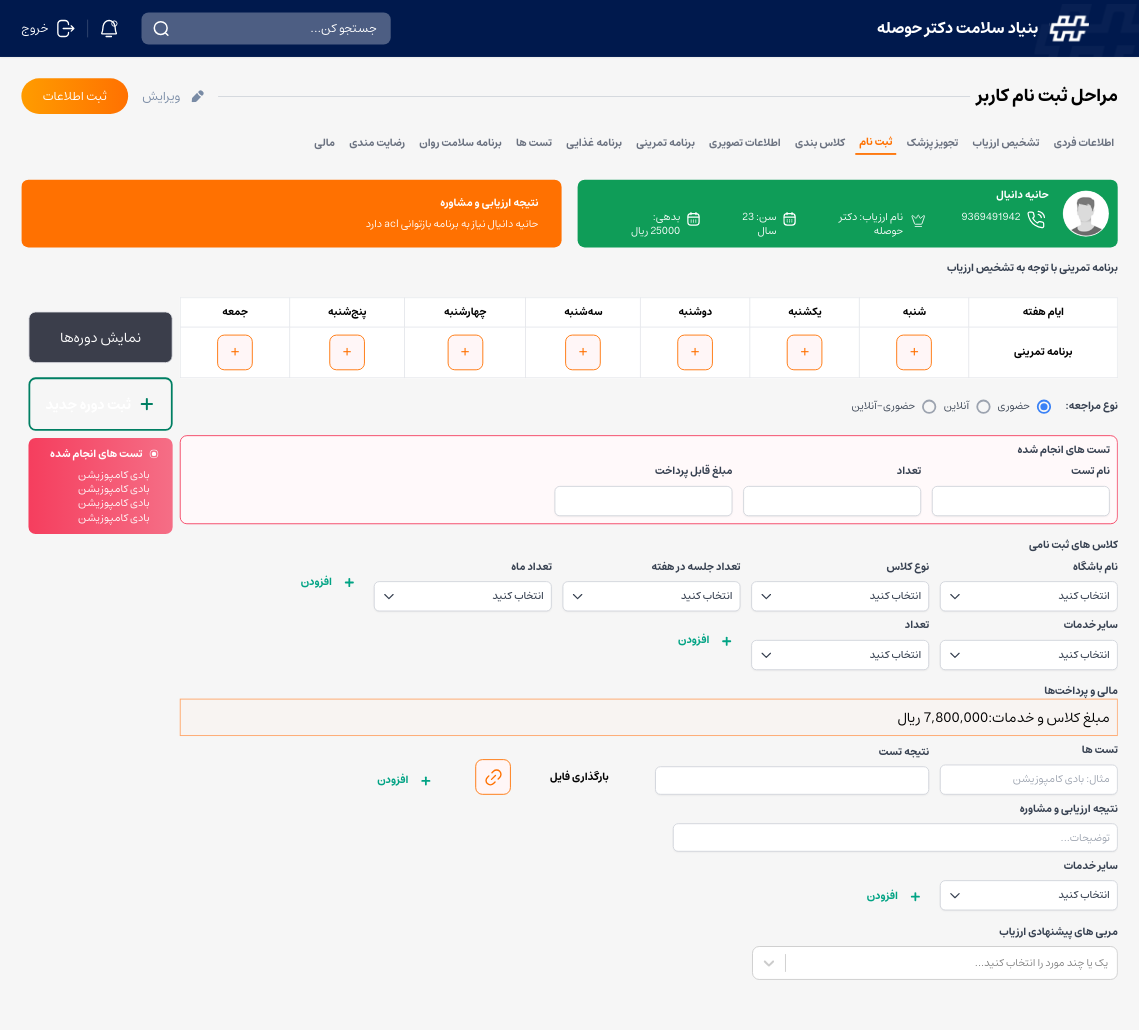
Repository: mirnajafi/ERP_hoseleh_V1.0
Page: /register, after clicking the first element matching `div.flex > :nth-child(4)`
These files come from the project's save history. The page is drawn as it stood at one moment and after a run of saves; the edit follows.
The browser window is 1280 px wide. The pictures show the whole page, at 89% of full size.
Some web fonts or font styles are not loaded; a fallback is used. The project was rebuilt for these pictures with package versions that can differ from the ones it lists, and the page was loaded fresh each time. The framework's server and built-in components were replaced by stand-ins that run in the browser. Also part of the build but not shown: next.config.mjs, src/components/icons/trash.tsx, src/components/weekTable/weekTable.css, src/components/icons/copy.tsx, src/components/recognitionEvaluator/recognitionEvaluator.tsx.

Above is the page before, as saved 2025-03-01 00:03:48.

### src/app/layout.tsx
/* eslint-disable @next/next/no-img-element */
import type { Metadata } from "next";
import Header from "@/components/layout/Header";
import "@/app/globals.css";


export const metadata: Metadata = {
  title: "دکتر حوصله",
  description: "بنیاد سلامت دکتر حوصله",
};

export default function RootLayout({ children }: { children: React.ReactNode }) {
  return (
    <html lang="fa" dir="rtl">
      <body className="bg-dashboard-bg min-h-screen">
        {/* Header includes SidebarToggle, so no need to add Sidebar separately */}
        <Header />
        {/* Main Content Area */}
        <main className="transition-all duration-300 mt-16 p-6">
          {children}
        </main>

      </body>
    </html>
  );
}

### src/app/globals.css
@tailwind base;
@tailwind components;
@tailwind utilities;

@font-face {
  font-family: 'Estedad';
  src: url('/fonts/Estedad-Regular.woff2') format('woff2');
  font-weight: normal;
  font-style: normal;
  font-display: swap;
}

@font-face {
  font-family: 'Estedad';
  src: url('/fonts/Estedad-Bold.woff2') format('woff2');
  font-weight: bold;
  font-style: normal;
  font-display: swap;
}

@font-face {
  font-family: 'Estedad';
  src: url('/fonts/Estedad-Medium.woff2') format('woff2');
  font-weight: 500;
  font-style: normal;
  font-display: swap;
}

@font-face {
  font-family: 'Estedad';
  src: url('/fonts/Light.woff2') format('woff2');
  font-weight: 400;
  font-style: normal;
  font-display: swap;
}

@layer base {
  html {
    font-family: 'Estedad'
  }
}

### src/components/registration/registration.tsx
import Select from "react-select/base";
import WeekTable from "../weekTable/weekTable";
import TransparentBtn from "../transparentBtn/transparentBtn";
import Dropdown from "../dropdown/dropdown";
import InputDescription from "../inputDescription/inputDescription";
import FileUploader from "../fileUploader/fileUploader";
import Input from "../input/input";
import InformationUserBox from "../informationUserBox/informationUserBox";
import { useState } from "react";
import ResultBox from "../resultBox/resultBox";
import PlusIcon from "../icons/plus";
import LeftSideBox from "../leftSideBox/leftSideBox";
import RadioButton from "../radioBtn/radioBtn";

const Registration = () => {

    const [selectedOptions, setSelectedOptions] = useState([]);


    const handleSelect = (option: string) => {
        console.log("انتخاب شده:", option);
    };
    const handleFileUpload = (files: File[]) => {
        console.log("فایل‌های آپلود شده:", files);
    };

    const [selected, setSelected] = useState<string>("option1");


    const [selectedDay, setSelectedDay] = useState<string>("");

    const handleDaySelect = (day: string) => {
        setSelectedDay(day);
    };

    return (
        <div>
            <div className="w-full flex flex-row">
                <InformationUserBox name="حانیه دانیال" age="23" phoneNumber={'9369491942'} evaluator="دکتر حوصله" debt="25000" imageSrc="/images/defaultUser.png" className="w-1/2 lg:ml-2" />
                <ResultBox resultText={"حانیه دانیال نیاز به برنامه بازتوانی acl دارد"} className="w-1/2 lg:mr-2" />
            </div>



            <div className="flex flex-row  my-4 items-center">
                <label className="mb-2 text-xs font-bold text-gray-700 ml-2">برنامه تمرینی با توجه به تشخیص ارزیاب</label>

            </div>

            <div className="w-full flex flex-row">

                <div className="w-full flex flex-col">
                    <WeekTable
                        apiUrl="https://api.majidvalizadeh.com/jalali/next7"
                        selectedDay={selectedDay}
                        onDaySelect={handleDaySelect}
                    />
                    <div className="flex flex-row my-4">
                        <label className="my-2 text-xs font-bold text-gray-700 ml-4">نوع مراجعه:</label>
                        <RadioButton
                            label="حضوری"
                            name="options"
                            value="option1"
                            checked={selected === "option1"}
                            onChange={setSelected}
                        />
                        <RadioButton
                            label="آنلاین"
                            name="options"
                            value="option2"
                            checked={selected === "option2"}
                            onChange={setSelected}
                        />
                        <RadioButton
                            label="حضوری-آنلاین"
                            name="options"
                            value="option3"
                            checked={selected === "option3"}
                            onChange={setSelected}
                        />
                    </div>


                    <div className="w-full xl:py-2 my-0  flex flex-col  border border-[#F53E5E] rounded-[8px] p-[8px] bg-[#FFF9FA]">
                        <label className="text-xs font-bold text-gray-700 ml-4">تست های انجام شده</label>

                        <div className="flex flex-row">
                            <Input
                                label="نام تست"
                                type="text"
                                value={''}
                                onChange={() => { }}
                                placeholder=""
                            />
                            <Input
                                label="تعداد "
                                type="text"
                                value={''}
                                onChange={() => { }}
                                placeholder=""
                            />

                            <Input
                                label="مبلغ قابل پرداخت"
                                type="text"
                                value={''}
                                onChange={() => { }}
                                placeholder=""
                            />
                        </div>
                    </div>

                    <div className="flex flex-col  w-full xl:items-start xl:justify-right ">
                        <label className="text-xs font-bold text-gray-700 ml-4 mt-4">کلاس های ثبت نامی</label>
                        <div className="w-full flex flex-row items-start">
                            <Dropdown
                                label=" نام باشگاه"
                                options={["گزینه 1", "گزینه 2", "گزینه 3"]}
                                onSelect={handleSelect}
                            />
                            <Dropdown
                                label="نوع کلاس"
                                options={["گزینه 1", "گزینه 2", "گزینه 3"]}
                                onSelect={handleSelect}
                            />
                            <Dropdown
                                label="تعداد جلسه در هفته"
                                options={["گزینه 1", "گزینه 2", "گزینه 3"]}
                                onSelect={handleSelect}
                            />
                            <Dropdown
                                label="تعداد ماه"
                                options={["گزینه 1", "گزینه 2", "گزینه 3"]}
                                onSelect={handleSelect}
                            />
                            <TransparentBtn label='افزودن' />
                        </div>
                    </div>

                    <div className="flex flex-col  w-full xl:items-start xl:justify-right ">
                        <div className="w-full flex flex-row items-start">
                            <Dropdown
                                label="سایر خدمات"
                                options={["گزینه 1", "گزینه 2", "گزینه 3"]}
                                onSelect={handleSelect}
                            />

                            <Dropdown
                                label="تعداد"
                                options={["گزینه 1", "گزینه 2", "گزینه 3"]}
                                onSelect={handleSelect}
                            />
                            <TransparentBtn label='افزودن' />
                        </div>
                    </div>


                    <label className="text-xs font-bold text-gray-700 ml-4 mt-4">مالی و پرداخت‌ها</label>

                    <div className="flex flex-col">
                        <div className="flex flex-row border border-[#FFA466] p-[8px] bg-[#FEE8D82B]"><span>مبلغ کلاس و خدمات:</span><span>7,800,000 ریال</span></div>
                        <span></span>
                    </div>

                </div>

                <div className="w-1/6 p-2 flex flex-col">
                    <button className="bg-[#3B3E4B] text-white p-4 w-full border rounded-[8px] my-2">نمایش دوره‌ها</button>
                    <button className="bg-transparent text-[#007F63] text-white p-4 w-full border-2 border-[#007F63] rounded-[8px] flex items-center justify-center font-bold my-2"><PlusIcon width={20} height={20} /> ثبت دوره جدید</button>
                    <LeftSideBox title={"تست های انجام شده"} test1={"بادی کامپوزیشن"} />
                </div>
            </div>


            {/* <div className="flex flex-col  w-ful xl:w-1/3">
                <label className="mb-2 text-xs font-bold text-gray-700">تمرکز روی کدام قسمت بدن؟</label>
                <Select
                    isMulti
                    options={[
                        { value: "apple", label: "سیب" },
                        { value: "banana", label: "موز" },
                        { value: "orange", label: "پرتقال" },
                        { value: "grape", label: "انگور" },
                        { value: "watermelon", label: "هندوانه" },
                    ]}
                    value={selectedOptions}
                    onChange={setSelectedOptions}
                    placeholder="یک یا چند مورد را انتخاب کنید..."
                    noOptionsMessage={() => "موردی یافت نشد"}
                    isClearable
                    isSearchable
                    className="text-xs "
                    styles={{
                        control: (base) => ({
                            ...base,
                            borderRadius: "8px",
                            borderColor: "#ccc",
                            boxShadow: "none",
                            "&:hover": { borderColor: "#888" },
                        }),
                    }}
                />
            </div> */}
            <div className="flex flex-col xl:flex-row w-full xl:items-end xl:justify-right ">
                <Input
                    label="تست ها"
                    type="text"
                    value={''}
                    onChange={() => { }}
                    placeholder="مثال: بادی کامپوزیشن "
                />
                <InputDescription
                    label="نتیجه تست"
                    value={''}
                    placeholder=""
                    className="xl:w-1/4 max-w-[500px]"
                />

                <FileUploader onFileUpload={handleFileUpload} accept="image/*" multiple />
                <TransparentBtn label='افزودن' />
            </div>
            <div className="flex flex-col xl:flex-row w-full xl:items-end xl:justify-right ">

                <InputDescription
                    label="نتیجه ارزیابی و مشاوره"
                    value={''}
                    placeholder="توضیحات..."
                    className="xl:w-1/2 max-w-[500px]"
                    height="h-24"
                />

            </div>


            <div className="flex flex-col xl:flex-row w-full xl:items-end xl:justify-right ">
                <Dropdown
                    label="سایر خدمات"
                    options={["گزینه 1", "گزینه 2", "گزینه 3"]}
                    onSelect={handleSelect}
                />
                <TransparentBtn label='افزودن' />

            </div>
            <div className="flex flex-col  w-ful xl:w-1/3 my-4">
                <label className="mb-2 text-xs font-bold text-gray-700">مربی های پیشنهادی ارزیاب</label>
                <Select
                    isMulti
                    options={[
                        { value: "apple", label: "سیب" },
                        { value: "banana", label: "موز" },
                        { value: "orange", label: "پرتقال" },
                        { value: "grape", label: "انگور" },
                        { value: "watermelon", label: "هندوانه" },
                    ]}
                    value={selectedOptions}
                    onChange={setSelectedOptions}
                    placeholder="یک یا چند مورد را انتخاب کنید..."
                    noOptionsMessage={() => "موردی یافت نشد"}
                    isClearable
                    isSearchable
                    className="text-xs "
                    styles={{
                        control: (base) => ({
                            ...base,
                            borderRadius: "8px",
                            borderColor: "#ccc",
                            boxShadow: "none",
                            "&:hover": { borderColor: "#888" },
                        }),
                    }}
                />
            </div>


        </div>
    )

}
export default Registration;

### src/components/SearchInput/SearchInput.tsx
/* eslint-disable @next/next/no-img-element */
"use client";

interface SearchInputProps {
  placeholder?: string;
  className?: string;
}

export default function SearchInput({ placeholder = "جستجو کن...", className = "" }: SearchInputProps) {
  return (
    <div className="relative w-[280px]">
      <input
        type="text"
        placeholder={placeholder}
        className={`w-full h-9 bg-white bg-opacity-30 rounded-lg px-4 text-white placeholder:text-white text-sm focus:outline-none ${className}`}
      />
      <img
        src="/icons/left-icon.svg"
        alt="search"
        className="absolute left-2 top-1/2 -translate-y-1/2 w-7 h-7 brightness-0 invert"
      />
    </div>
  );
}

### src/components/formHeader/formHeader.css
.customeGradient{
    background: linear-gradient(270deg, #FF7101 0%, #FF9C00 100%);
    color: white;
    border-radius: 50px;
    padding:  10px 24px;
}

### src/components/transparentBtn/transparentBtn.tsx
'use client'; // اضافه کردن این خط برای فعال کردن کامپوننت در Client-side

import React from "react";

interface BtnProps {
    label: string;
}

const TransparentBtn: React.FC<BtnProps> = ({ label }) => {

    return (
        <div className="w-250px text-[#01A384] h-full flex xl:items-center xl:justify-center">
            <button className="flex flex-row p-2  h-full flex items-center justify-center font-bold text-xs
">
                <svg width="15" height="15" viewBox="0 0 14 15" fill="none" xmlns="http://www.w3.org/2000/svg" className="ml-3">
                    <path d="M7 3.41666V11.5833" stroke="#01A384" stroke-width="2" stroke-linecap="round" stroke-linejoin="round" />
                    <path d="M2.91602 7.5H11.0827" stroke="#01A384" stroke-width="2" stroke-linecap="round" stroke-linejoin="round" />
                </svg>
                {label}
            </button>
        </div>
    );
};

export default TransparentBtn;

### src/components/inputDescription/inputDescription.tsx
'use client';  // اضافه کردن این خط برای فعال کردن کامپوننت در Client-side

import React from "react";

interface InputProps {
  label: string;
  value: string;
  placeholder?: string;
  required?: boolean;
  className?: string;
  height?:string;
}

const InputDescription: React.FC<InputProps> = ({
  label,
  value,
  placeholder,
  required = false,
  className = "",
  height
}) => {
  return (
    <div className={`w-full xl:w-1/2 ml-3 max-w-[500px] ${className}`}>
      <label className="block text-xs text-gray-700 mb-2 mt-4 xl:my-2 font-bold font-bold">{label}</label>

      <textarea
        value={value}
        placeholder={placeholder}
        required={required}
        className={`block w-full h-8 ${height} p-2 resize-none max-w-200 overflow-hidden text-xs border border-gray-300 rounded-md shadow-sm focus:outline-none focus:ring-2 focus:ring-indigo-500 focus:border-indigo-500`}
      />
    </div>
  );
};

export default InputDescription;

### src/components/resultBox/resultBox.tsx
'use client';

import React from "react";
import './resultBox.css';


interface ResultBoxProps {
    resultText: string;
    className?: string;
}

const ResultBox: React.FC<ResultBoxProps> = ({
    resultText,
    className
}) => {
    return (
        <div className={`w-full flex flex-col lg:flex-row containResultBox text-xs ${className}`}>
            <div className="flex flex-col mr-4">
                <div className="font-bold">نتیجه ارزیابی و مشاوره</div>
                <div className="flex flex-col justify-center items-start lg:flex-row mt-2">
                    <span className="ml-10 flex flex-row-reverse">{resultText}</span>
                </div>
            </div>
        </div>
    );
};

export default ResultBox;

### src/components/icons/plus.tsx
'use client';

import React from "react";

interface IconProps {
    width?: number;
    height?: number;
    color?: string;
}

const PlusIcon: React.FC<IconProps> = ({ width, height }) => {
    return (
        <svg width={width} height={height} viewBox="0 0 36 36" fill="none" className="ml-2" xmlns="http://www.w3.org/2000/svg">
        <path d="M18 7.5V28.5" stroke="#007F63" stroke-width="4" stroke-linecap="round" stroke-linejoin="round"/>
        <path d="M7.5 18H28.5" stroke="#007F63" stroke-width="4" stroke-linecap="round" stroke-linejoin="round"/>
        </svg>


    );
};

export default PlusIcon;

### src/components/radioBtn/radioBtn.tsx
import React from "react";

interface RadioButtonProps {
  label: string;
  name: string;
  value: string;
  checked: boolean;
  onChange: (value: string) => void;
}

const RadioButton: React.FC<RadioButtonProps> = ({ label, name, value, checked, onChange }) => {
  return (
    <label className="flex items-center space-x-2 cursor-pointer text-xs">
      <input
        type="radio"
        name={name}
        value={value}
        checked={checked}
        onChange={() => onChange(value)}
        className="hidden"
      />
      <div
        className={`w-4 h-4 rounded-full border-2 ${
          checked ? "border-blue-500" : "border-gray-400"
        } flex items-center justify-center transition-all`}
      >
        {checked && <div className="w-2 h-2 bg-blue-500 rounded-full" />}
      </div>
      <span className="text-gray-700">{label}</span>
    </label>
  );
};

export default RadioButton;

### src/components/icons/uploader.tsx
'use client';

import React from "react";

interface IconProps {
    width?: number;
    height?: number;
    color?: string;
}

const UploaderIcon: React.FC<IconProps> = ({ width, height }) => {
    return (<svg width={width} height={height} viewBox="0 0 24 24" fill="none" xmlns="http://www.w3.org/2000/svg">
        <path d="M14.1211 9.87866L9.87845 14.1213" stroke="#FF7101" stroke-width="1.5" stroke-linecap="round" />
        <path d="M10.334 7.00003L12.0006 5.33336C13.8416 3.49239 16.8264 3.49239 18.6673 5.33335V5.33335C20.5083 7.17431 20.5083 10.1591 18.6673 12.0001L17.0007 13.6667" stroke="#FF7101" stroke-width="1.5" stroke-linecap="round" />
        <path d="M13.666 17L11.9994 18.6666C10.1584 20.5076 7.17362 20.5076 5.33266 18.6666V18.6666C3.4917 16.8257 3.4917 13.8409 5.33266 11.9999L6.99934 10.3333" stroke="#FF7101" stroke-width="1.5" stroke-linecap="round" />
    </svg>
    );
};

export default UploaderIcon;

### src/components/informationUserBox/informationUserBox.css
.containInfoBox {
  background: #0f9d58;
  color: white;
  justify-content: right;
  align-items: center;
  padding: 10px;
  border-radius: 8px;
}
.imageUser {
  border-radius: 100%;
}

### src/components/resultBox/resultBox.css
.containResultBox {
  background: #FF7101;
  color: white;
  justify-content: right;
  align-items: center;
  padding: 10px;
  border-radius: 8px;
  margin-right: 10px;
}

### src/components/leftSideBox/leftSideBox.css
.containLeftSideBox {
  background: linear-gradient(270deg, #F56E86 0%, #F53E5E 100%);
  color: white;
  justify-content: right;
  align-items: center;
  padding: 10px;
  border-radius: 8px;
}
.special-margin{
  margin-right: -10px;
}

### src/components/icons/circle.tsx

'use client';

import React from "react";

interface IconProps {
    width?: number;
    height?: number;
    color?: string;
}

const CircleIcon: React.FC<IconProps> = ({ width = 21, height = 22 }) => {
    return (
        <svg width={width} height={height} viewBox="0 0 12 12" className="ml-2" fill="none" xmlns="http://www.w3.org/2000/svg">
            <rect width="12" height="12" rx="6" fill="white" />
            <rect x="2" y="2" width="8" height="8" rx="4" fill="white" />
            <rect x="2" y="2" width="8" height="8" rx="4" stroke="#F56B84" stroke-width="2" />
        </svg>

    );
};

export default CircleIcon;

### tailwind.config.ts
import type { Config } from "tailwindcss";

const config: Config = {
  content: [
    "./src/pages/**/*.{js,ts,jsx,tsx,mdx}",
    "./src/components/**/*.{js,ts,jsx,tsx,mdx}",
    "./src/containers/**/*.{js,ts,jsx,tsx,mdx}",
    "./src/app/**/*.{js,ts,jsx,tsx,mdx}",
  ],
  theme: {
    extend: {
      colors: {
        "deep-blue": "#1E3A8A",
        "green": "#8BC34A",
        "orange": "#F97316",
        "red": "#E02D40",
        "yellow": "#FBBF24",
        background: "var(--background)",
        foreground: "var(--foreground)",
        secondry: {
          blue: {
            900: "#00194D",
          },
        },
        primery: {
          600: "#FF7101"
        },
        dashboard: {
          bg: "#F6F6F6"
        }
      },
    },
  },
  plugins: [],
};
export default config;

Loaded but not shown: src/components/personalInfo/personalInfo.tsx (302 lines, source omitted); src/components/weekTable/weekTable.tsx (87 lines, source omitted); src/components/dropdown/dropdown.tsx (69 lines, source omitted); src/components/icons/evaluator.tsx (26 lines, source omitted); src/components/inputDate/inputDate.tsx (67 lines, source omitted); src/components/informationUserBox/informationUserBox.tsx (61 lines, source omitted); src/components/icons/calendar.tsx (35 lines, source omitted); src/components/icons/phoneNumber.tsx (20 lines, source omitted); src/components/formHeader/formHeader.tsx (32 lines, source omitted); src/components/fileUploader/fileUploader.tsx (54 lines, source omitted); src/components/layout/Header.tsx (44 lines, source omitted); src/app/register/page.tsx (48 lines, source omitted); src/components/leftSideBox/leftSideBox.tsx (35 lines, source omitted); src/components/input/input.tsx (40 lines, source omitted); src/components/formTab/formTab.tsx (38 lines, source omitted)

After the next 2 saves:
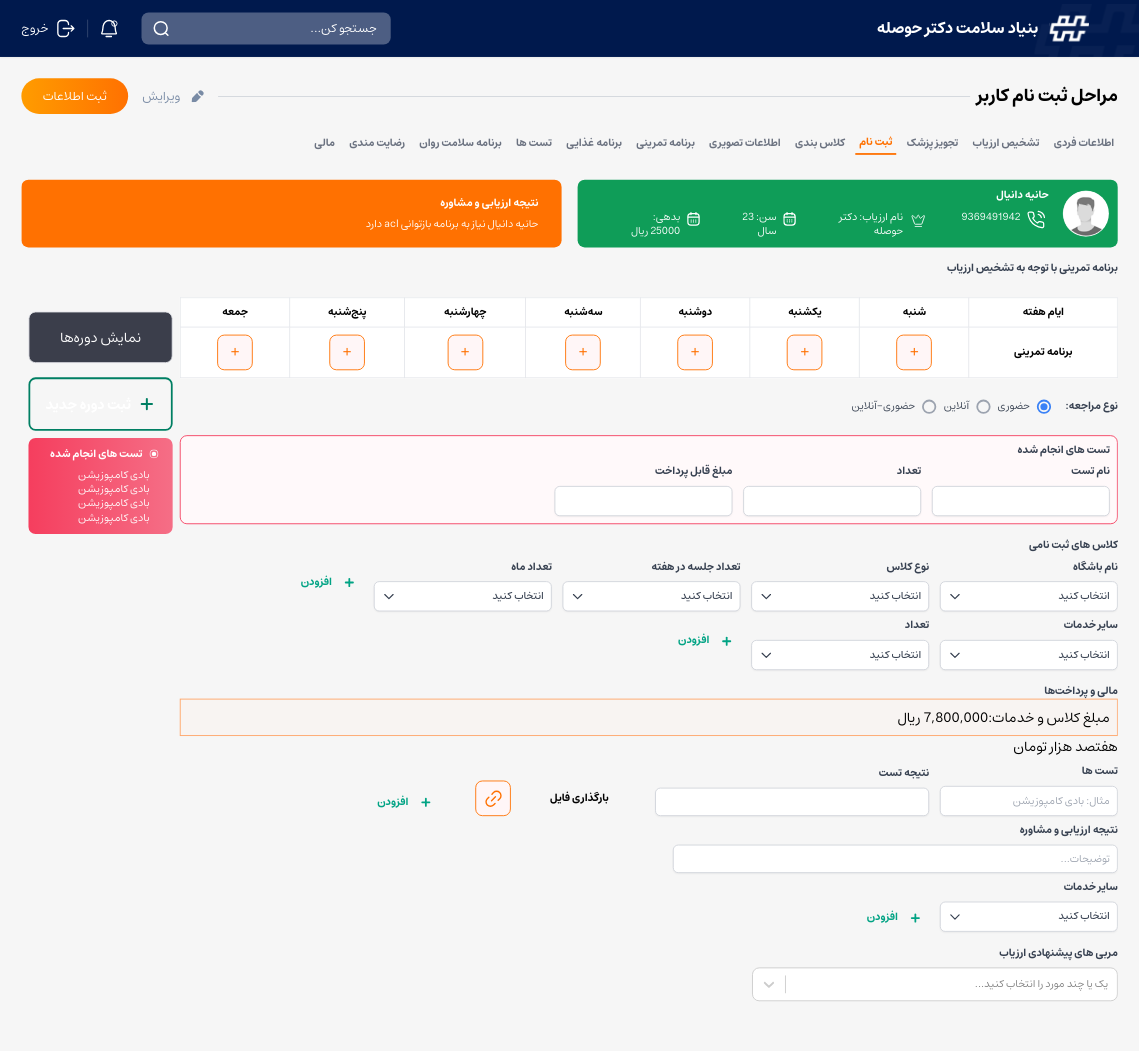
The 2 saves are shown as one change because they came seconds apart.
The last was saved 8 s later.
--- a/src/components/registration/registration.tsx
+++ b/src/components/registration/registration.tsx
@@ -159,7 +159,7 @@ const Registration = () => {
 
                     <div className="flex flex-col">
                         <div className="flex flex-row border border-[#FFA466] p-[8px] bg-[#FEE8D82B]"><span>مبلغ کلاس و خدمات:</span><span>7,800,000 ریال</span></div>
-                        <span></span>
+                        <span className="">هفتصد هزار تومان</span>
                     </div>
 
                 </div>
